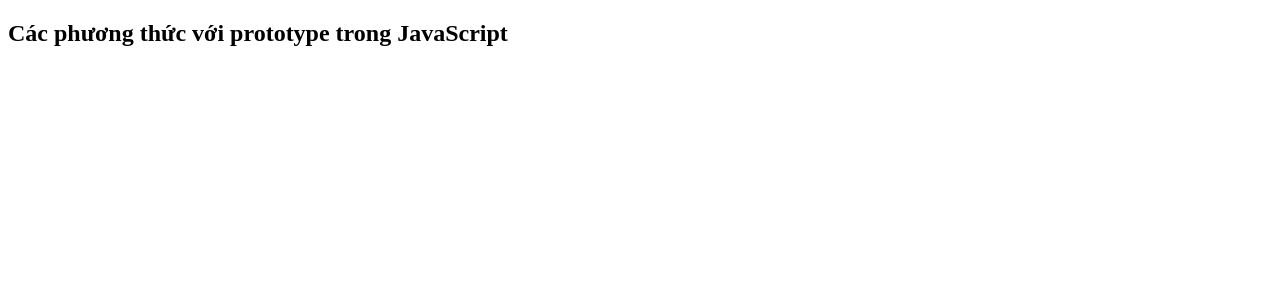
Repository: Ngyendai/JavascriptBasic
Page: kieudulieu/Bai33/index.html
An editor plug-in stored every save of this project. The page is shown before and after the next save, followed by the edit.
The browser window is 1280 px wide. The pictures show the whole page.

Above is the page before, as saved 2022-12-03 14:42:50.

After the next save:
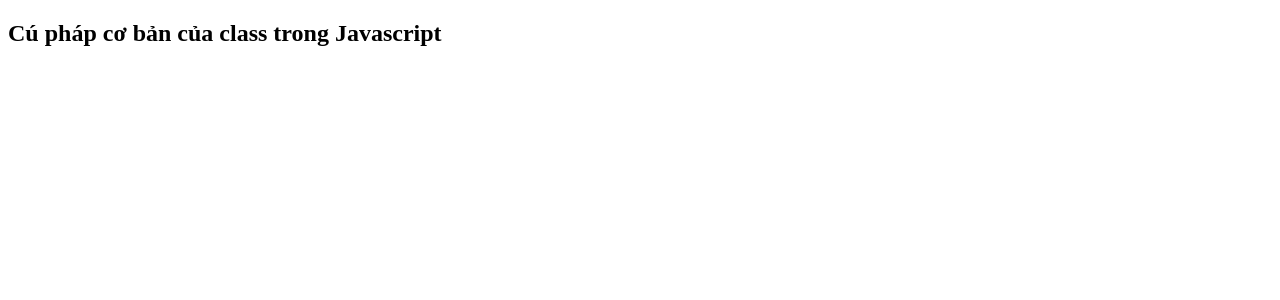
Saved 2 days later.
--- a/kieudulieu/Bai33/index.html
+++ b/kieudulieu/Bai33/index.html
@@ -4,11 +4,11 @@
     <meta charset="UTF-8">
     <meta http-equiv="X-UA-Compatible" content="IE=edge">
     <meta name="viewport" content="width=device-width, initial-scale=1.0">
-    <title>Các phương thức với prototype trong JavaScript</title>
+    <title>Cú pháp cơ bản của class trong Javascript</title>
 </head>
 <body>
 
-  <h2>Các phương thức với prototype trong JavaScript</h2>
+  <h2>Cú pháp cơ bản của class trong Javascript</h2>
 
 <script src=main.js  type="text/javascript"></script>
 </body>
